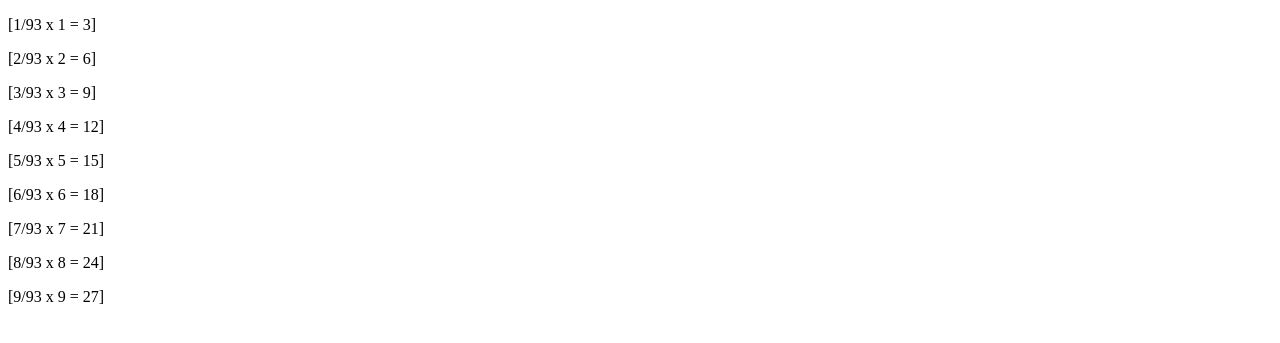
Repository: hari6180/JSP
Page: http://localhost/Model2/jstl/04-loop.jsp
These files come from the project's save history. The page is drawn as it stood at one moment and after the next save; the edit follows.
The browser window is 1280 px wide. The pictures show the whole page.
The page is served by Tomcat 9.

Above is the page before, as saved 2021-01-25 20:12:02.

After the next save:
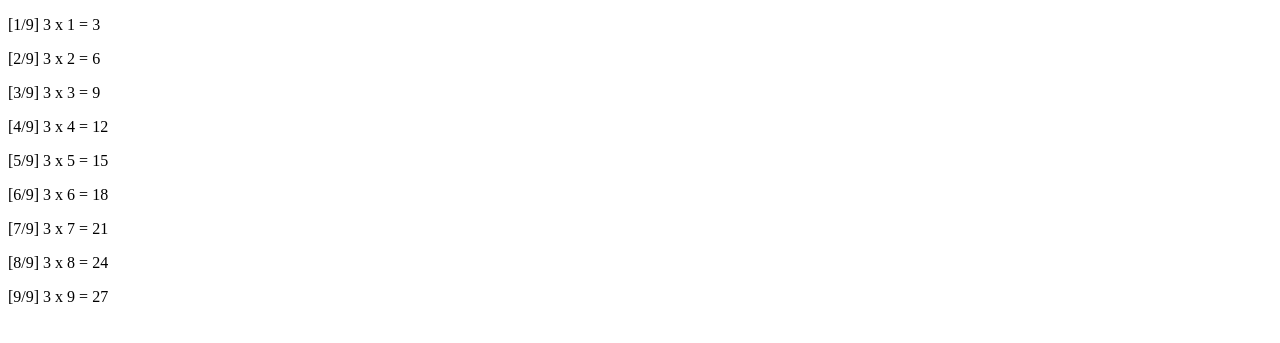
Saved 7 s later.
--- a/Model2/WebContent/jstl/04-loop.jsp
+++ b/Model2/WebContent/jstl/04-loop.jsp
@@ -21,7 +21,7 @@
 
 <body>
 	<c:forEach var="i" begin="${first}" end="${last}" varStatus="status">
-		<p>[${status.count}/${last} ${level} x ${i} = ${level * i}]</p>
+		<p>[${status.count}/${last}] ${level} x ${i} = ${level * i}</p>
 	</c:forEach>
 </body>
 
